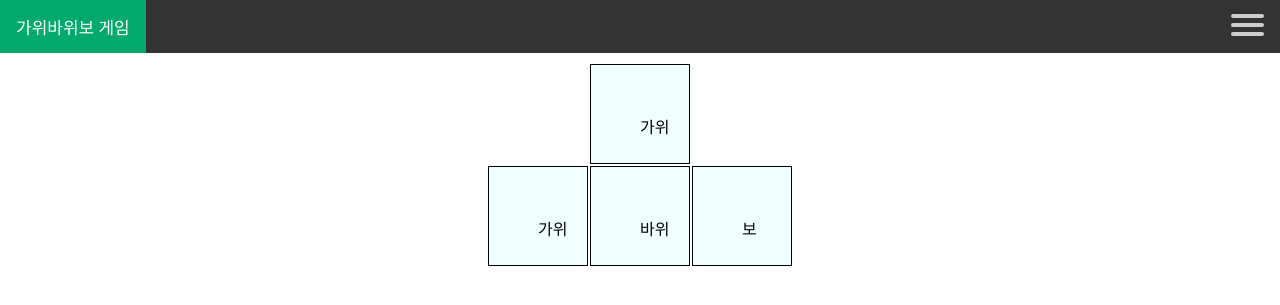
Repository: venandi48/RockScissorPaper-Game
Page: index.html
An editor plug-in stored every save of this project. The page is shown before and after the next save, followed by the edit.
The browser window is 1280 px wide. The pictures show the whole page.
The style sheet was rebuilt from its Sass, Less or Tailwind sources for each picture, by a compiler version that may differ from the author's.

Above is the page before, as saved 2023-11-13 17:24:45.

After the next save:
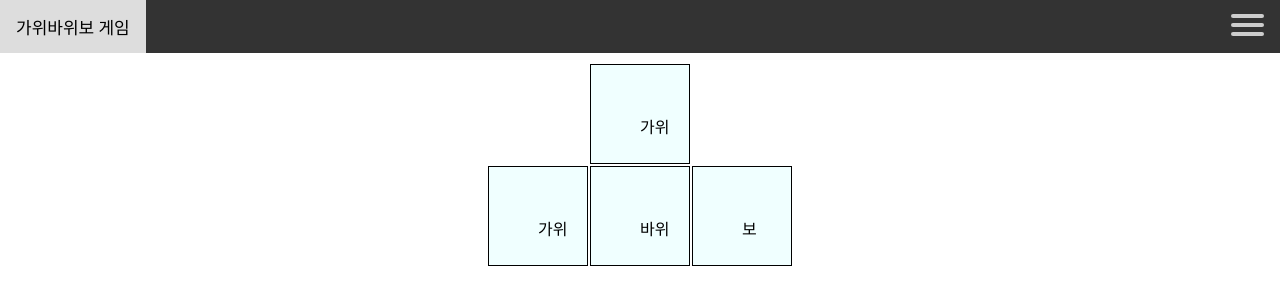
Saved 30 s later.
--- a/index.html
+++ b/index.html
@@ -8,9 +8,7 @@
   </head>
   <body>
     <div class="topnav">
-      <a class="active" href="javascript:void(0)" style="cursor: default"
-        >가위바위보 게임</a
-      >
+      <a href="javascript:void(0)" style="cursor: default">가위바위보 게임</a>
       <a href="javascript:void(0)" class="openbtn" onclick="openNav()">
         <span></span>
         <span></span>

After the 2 saves that followed:
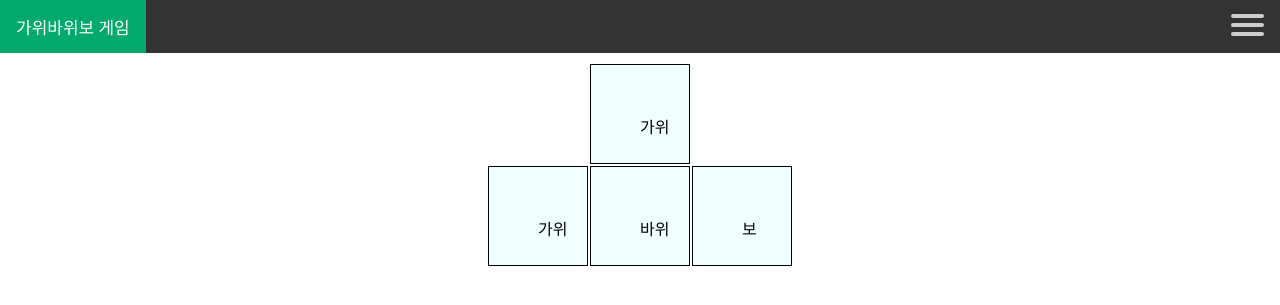
The 2 saves are shown as one change because 1 left the picture as it was.
The last was saved 25 s later.
--- a/index.html
+++ b/index.html
@@ -8,7 +8,9 @@
   </head>
   <body>
     <div class="topnav">
-      <a href="javascript:void(0)" style="cursor: default">가위바위보 게임</a>
+      <a class="title" href="javascript:void(0)" style="cursor: default"
+        >가위바위보 게임</a
+      >
       <a href="javascript:void(0)" class="openbtn" onclick="openNav()">
         <span></span>
         <span></span>
--- a/style.scss
+++ b/style.scss
@@ -33,7 +33,7 @@
   }
 
   /* Add a color to the active/current link */
-  a.active {
+  a.title {
     background-color: #04aa6d;
     color: white;
   }
